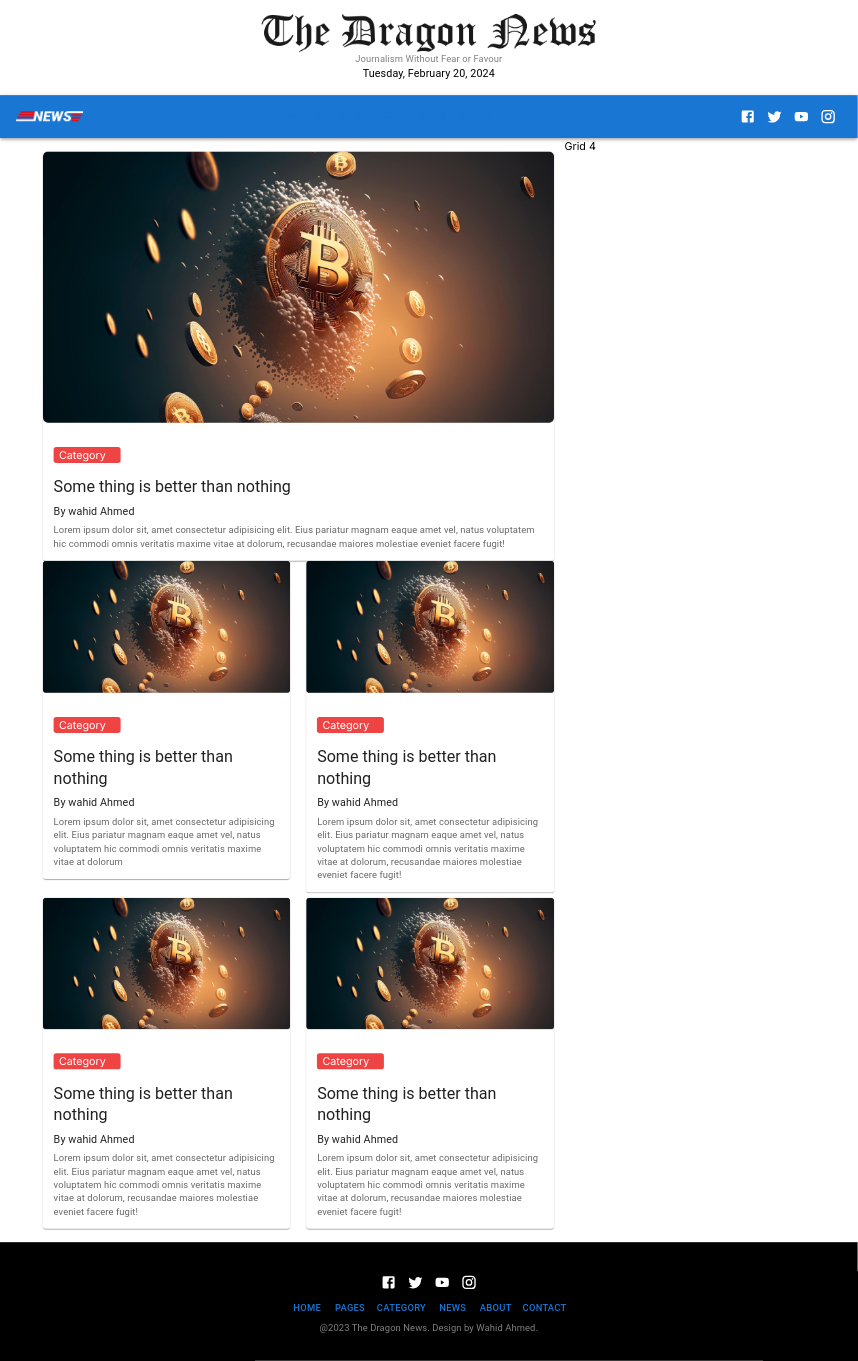
Repository: Wahid137/daily-news-nextjs
Page: /
An editor plug-in stored every save of this project. The page is shown before and after the next save, followed by the edit.
The browser window is 1280 px wide. The pictures show the whole page, at 67% of full size.
The project was rebuilt for these pictures with package versions that can differ from the ones it lists, and the page was loaded fresh each time. The framework's server and built-in components were replaced by stand-ins that run in the browser. Also part of the build but not shown: next.config.mjs.

Above is the page before, as saved 2024-02-22 23:27:29.

After the next save:
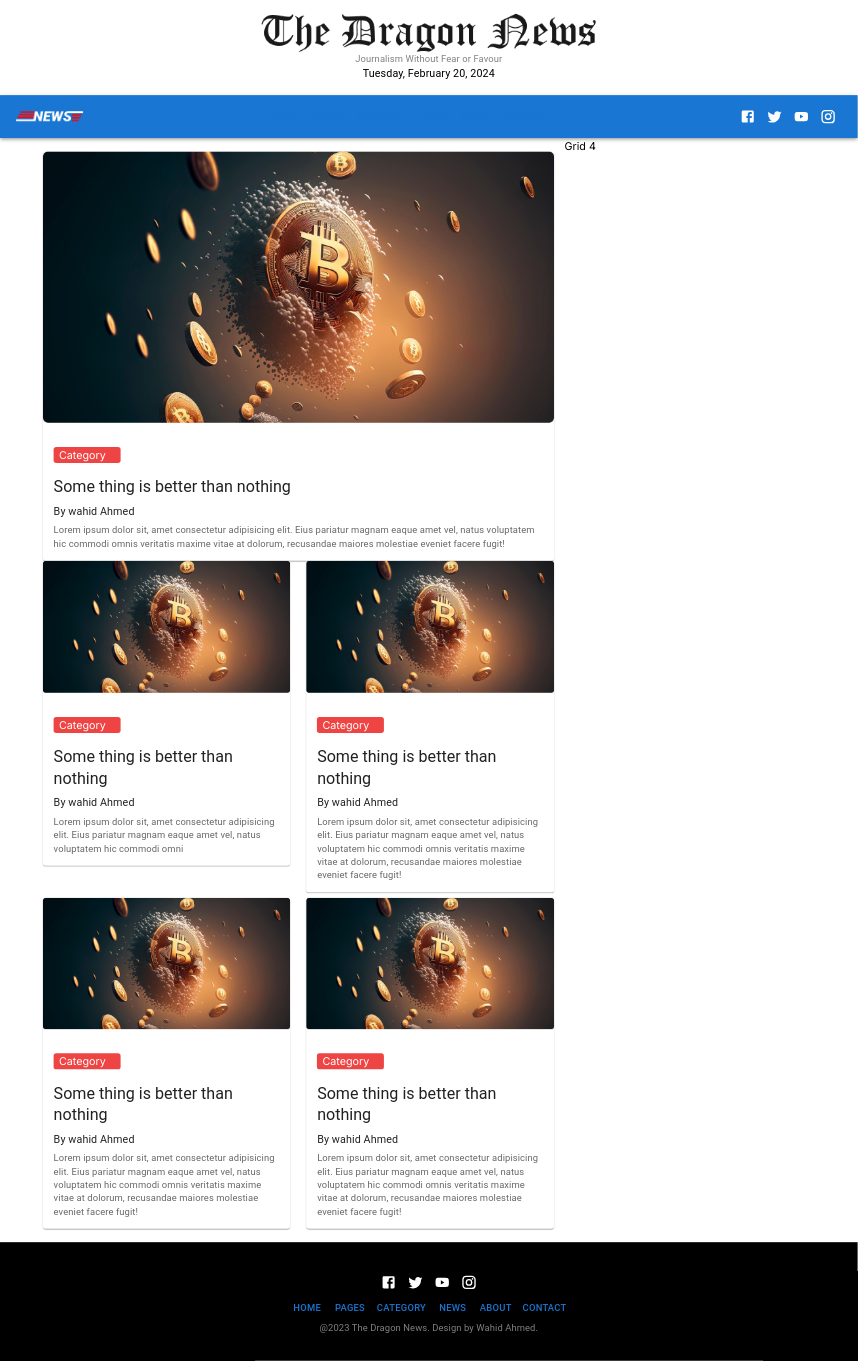
Saved 6 s later.
--- a/src/components/ui/LatestNews/LatestNews.js
+++ b/src/components/ui/LatestNews/LatestNews.js
@@ -76,7 +76,7 @@ export default function LatestNews() {
                                     By wahid Ahmed
                                 </Typography>
                                 <Typography variant="body2" color="text.secondary">
-                                    Lorem ipsum dolor sit, amet consectetur adipisicing elit. Eius pariatur magnam eaque amet vel, natus voluptatem hic commodi omnis veritatis maxime vitae at dolorum
+                                    Lorem ipsum dolor sit, amet consectetur adipisicing elit. Eius pariatur magnam eaque amet vel, natus voluptatem hic commodi omni
                                 </Typography>
                             </CardContent>
                         </CardActionArea>
